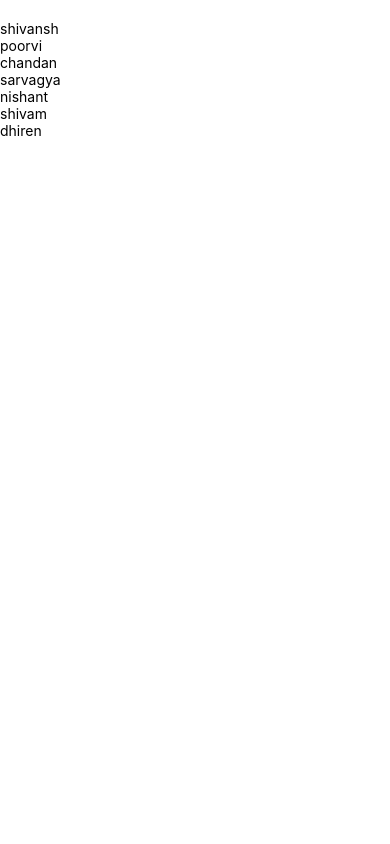
Repository: shiv0403/React-native-tutorial
Screen: /
An editor plug-in stored every save of this project. The screen is shown before and after the next save, followed by the edit.
The app was drawn by React Native's web renderer in a window 390 px wide. The project was rebuilt for these pictures with package versions that can differ from the ones it lists, and the page was loaded fresh each time.

Above is the screen before, as saved 2021-02-11 08:29:59.

### App.js
import React, { useState } from "react";
import {
  Button,
  SafeAreaView,
  StyleSheet,
  Text,
  TextInput,
  View,
} from "react-native";

export default function App() {
  const [people, setPeople] = useState([
    { name: "shivansh", key: "1" },
    { name: "poorvi", key: "2" },
    { name: "chandan", key: "3" },
    { name: "sarvagya", key: "4" },
    { name: "nishant", key: "5" },
    { name: "shivam", key: "6" },
    { name: "dhiren", key: "7" },
  ]);

  return (
    <View style={styles.container}>
      {people.map((item) => {
        return (
          <View>
            <Text>{item.name}</Text>
          </View>
        );
      })}
    </View>
  );
}

const styles = StyleSheet.create({
  container: {
    flex: 1,
    backgroundColor: "#fff",
    marginTop: 20,
    // alignItems: "center",
    // justifyContent: "center",
  },
});

After the next save:
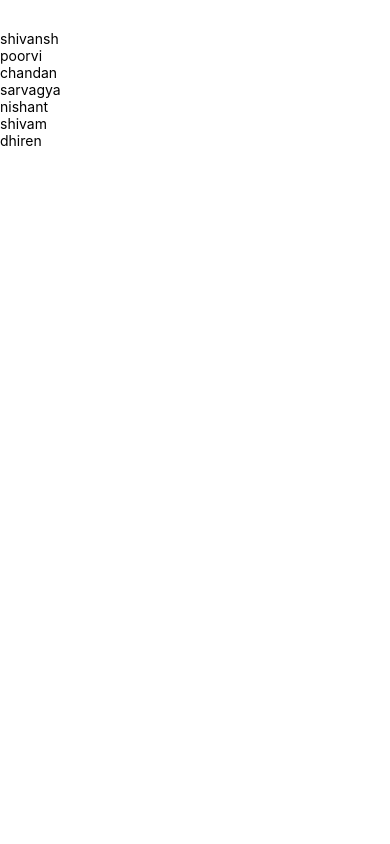
Saved 4 s later.
--- a/App.js
+++ b/App.js
@@ -36,7 +36,7 @@ const styles = StyleSheet.create({
   container: {
     flex: 1,
     backgroundColor: "#fff",
-    marginTop: 20,
+    marginTop: 30,
     // alignItems: "center",
     // justifyContent: "center",
   },
